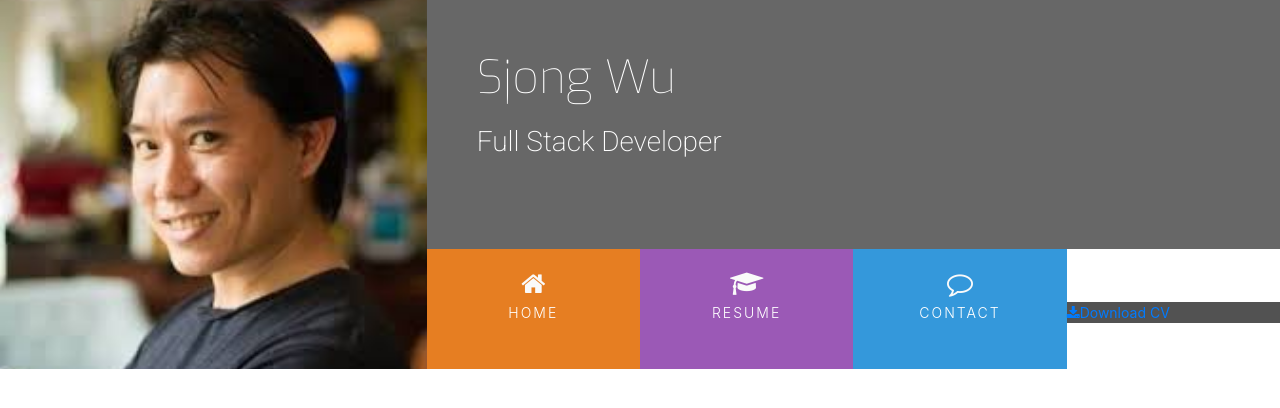
Repository: Scuzeme/codeinstitue-resume-project
Page: index.html
The author's editor kept a record of every edit. The page is drawn from the files as they stood at one moment, then again after the next edit.
The browser window is 1280 px wide. The pictures show the whole page.
Some web libraries are served in a nearby version.

Above is the page before.

### index.html
<!DOCTYPE html>
<html lang="en">
<head>
    <meta charset="UTF-8">
    <meta name="viewport" content="width=device-width, initial-scale=1.0">
    <meta http-equiv="X-UA-Compatible" content="ie=edge">
    <link rel="stylesheet" href="https://maxcdn.bootstrapcdn.com/bootstrap/4.2.1/css/bootstrap.min.css" type="text/css" />
    <link rel="stylesheet" href="https://maxcdn.bootstrapcdn.com/font-awesome/4.7.0/css/font-awesome.min.css" type="text/css" />
    <link rel="stylesheet" href="assets/css/style.css">
    <title>SjongWu</title>
</head>
<body>
    <header>
        <div class="row no-gutters">
            <a class="col-md-4 logo" href="index.html"></a>
            <div class="col-md-8">
                <div class="row no-gutters bg-color-name-title">
                    <div class="col heading">
                        <h1 class="name">Sjong Wu</h1>
                        <h2 class="title"> Full Stack Developer</h2>
                    </div>
                </div>
                <div class="row no-gutters">
                    <div class="col">
                        <ul id="nav" class="list-inline menucontainer">
                            <li class="col-6 col-sm-3 ui-menu-color-home list-inline-item menuitem">
                                <a href="#"><i class="fa fa-home" aria-hidden="true"></i><span>Home</span></a>
                            </li>
                            <li class="col-6 col-sm-3 ui-menu-color-resume list-inline-item menuitem">
                                <a href="#"><i class="fa fa-graduation-cap" aria-hidden="true"></i><span>Resume</span></a>
                            </li>
                            <li class="col-6 col-sm-3 ui-menu-color-contact list-inline-item menuitem">
                                <a href="#"><i class="fa fa-comment-o" aria-hidden="true"></i><span>Contact</span></a>
                            </li>
                            <li class="col-6 col-sm-3 ui-menu-color-download list-inline-item">
                                <a href="#"><i class="fa fa-download" aria-hidden="true"></i><span>Download CV</span></a>
                            </li>
                        </ul>
                    </div>
                </div>
            </div>
        </div>
    </header>
    <section>

    </section>
    <footer>

    </footer>
</body>
</html>

### assets/css/style.css
@import url('https://fonts.googleapis.com/css?family=Roboto:100,200,300,400,500,600,700|Exo :100,200,300,400,500,600,700');


/*----------------------Colours*/

header {
    margin:0;
}

.logo {
    background:url("../images/sjongwu.jpeg");
    background-position: center;
    background-repeat:no-repeat;
    background-size:cover;
    min-height:360px;
    transition:all .5s ease-in-out;
    -moz-transition:all .5s ease-in-out;
    -webkit-transition:all .5s ease-in-out;
}

.bg-color-name-title {
    background-color:#676767;
}

.heading {
    margin-left:50px;
}

.ui-menu-color-home {
    background-color:#e67e22;
}
.ui-menu-color-resume {
    background-color:#9b59b6;
}
.ui-menu-color-contact {
    background-color:#3498db;
}
.ui-menu-color-download {
    background-color:#525252;
}

/*----------------------Colours*/

.name {
    font-family:"Exo", sans-serif;
    font-weight:100;
    font-size:46px;
    margin-top:50px;
    color:#fff;
}

.title {
    font-family:"Roboto", sans-serif;
    font-weight:200;
    font-size:28px;
    margin-top:20px;
    margin-bottom: 90px;
    color:#fff;
}



.list-inline-item:not(:last-child) {
    margin:0;
}

.menucontainer {
    font-size:0;
}
#nav{
    margin:0;
}


#nav li{
    font-size:14px;
    padding:0;
}

.menuitem{
    height:120px;
    text-align:center;
    padding:0;
}

.menuitem a{
    width:100%;
    text-decoration:none;
    color:#fff;
    height:120px;
}

.menuitem a i {
    padding-top:22px;
    display:block;
    color:#fafafa;
    font-size:26px;
}

.menuitem span{
    display:block;
    width:100%;
    padding-top:5px;
    text-align:center;
    text-transform:uppercase;
    font-size:14px;
    font-weight:300;
    letter-spacing:2px;
}


/*----hover.css*/

.hvr-sweep-to-bottom:before{
    background-color:rgba(0,0,0,0.2);
    height:120px;
}

After the next edit:
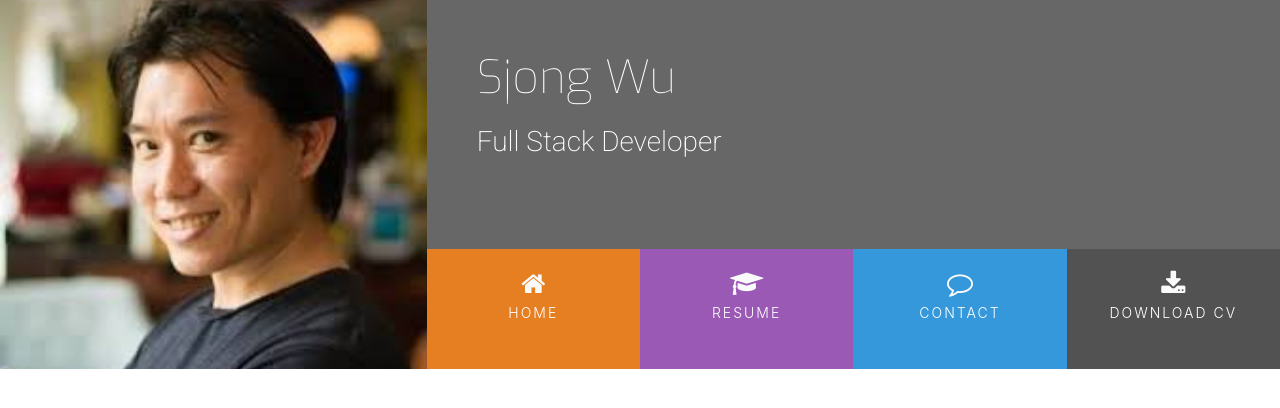
The edit:
--- a/index.html
+++ b/index.html
@@ -32,7 +32,7 @@
                             <li class="col-6 col-sm-3 ui-menu-color-contact list-inline-item menuitem">
                                 <a href="#"><i class="fa fa-comment-o" aria-hidden="true"></i><span>Contact</span></a>
                             </li>
-                            <li class="col-6 col-sm-3 ui-menu-color-download list-inline-item">
+                            <li class="col-6 col-sm-3 ui-menu-color-download list-inline-item menuitem">
                                 <a href="#"><i class="fa fa-download" aria-hidden="true"></i><span>Download CV</span></a>
                             </li>
                         </ul>
